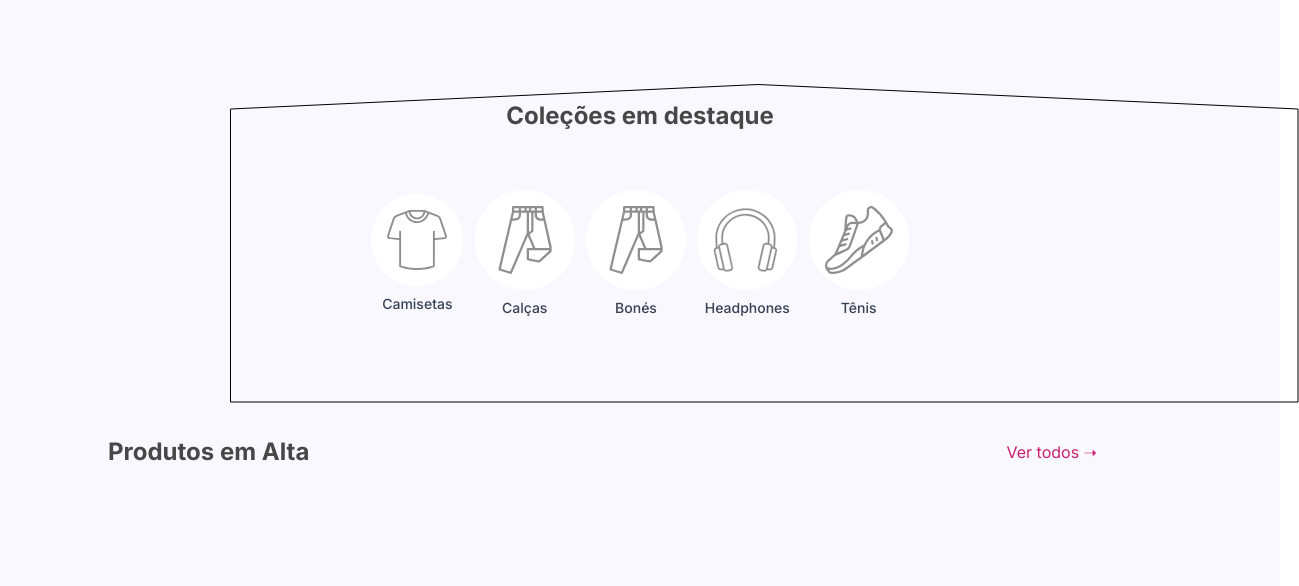
Repository: gimoli/loja-digital
Page: index.html
These files come from the project's save history. The page is drawn as it stood at one moment and after the next save; the edit follows.
The browser window is 1280 px wide. The page is 1299 px wide, then 1280 px, so the pictures cover 1299 px, including what lies to the right of the window. The pictures show the part of the page from y = 1294 to 2159 px (the page is 1880 px tall before and 2159 px after).

Above is the page before, as saved 2025-04-25 13:28:49.

After the next save:
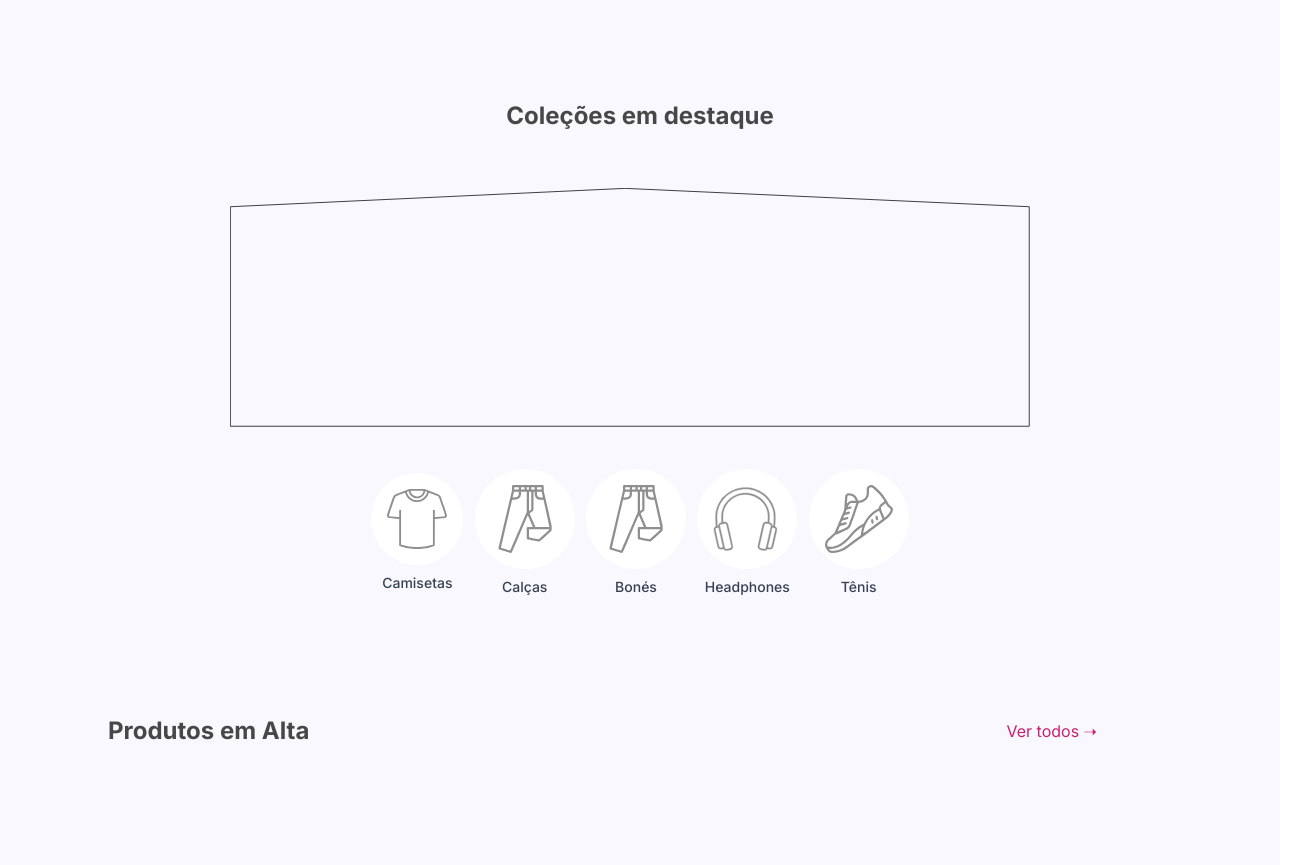
Saved 14 s later.
--- a/index.html
+++ b/index.html
@@ -129,7 +129,7 @@
             <h4 class="text-(--dark-gray-2) font-bold text-2xl text-center py-4">
                 Coleções em destaque
             </h4>
-            <img src="/assets/borda.svg" alt="foto da borda" class="absolute mr-[20px]"/>
+            <img src="/assets/borda.svg" alt="foto da borda" class="mr-[20px]"/>
         </div>
         </section>
 
